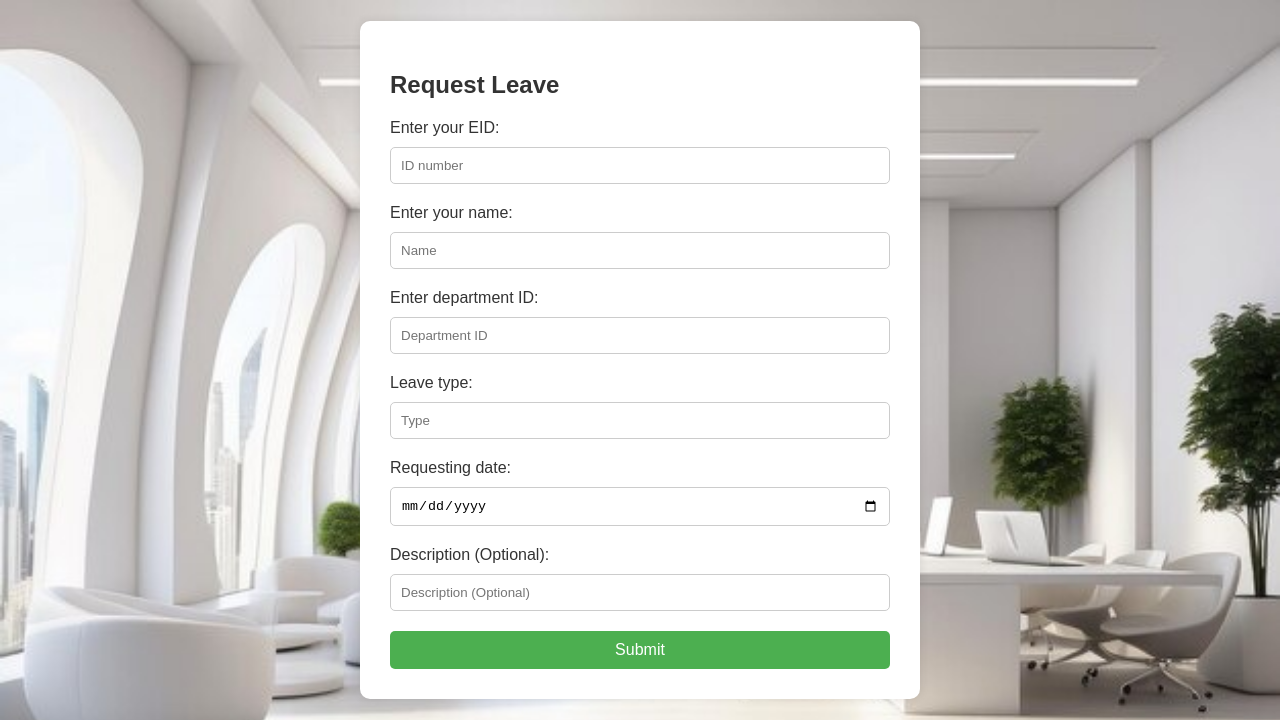
Repository: sakuuLay/StaffManagementSys
Page: http://localhost/test/LeaveRequest.jsp
These files come from the project's save history. The page is drawn as it stood at one moment and after the next save; the edit follows.
The browser window is 1280 px wide. The pictures show the whole page.
The page is served by Tomcat 9. Nobody is signed in. The application's start-up code is not run. Other server files are loaded and not shown.

Above is the page before, as saved 2024-10-20 09:53:29.

### test/src/main/webapp/LeaveRequest.jsp
<%@ page language="java" contentType="text/html; charset=UTF-8"
    pageEncoding="UTF-8"%>
<!DOCTYPE html>
<html>
<head>
<meta charset="UTF-8">
<title>RequestLeave</title>
    <meta charset="UTF-8">
    <meta name="viewport" content="width=device-width, initial-scale=1.0">

<style>
    body {
            background-image: url('imgs/whiteOffice.jpg');
            background-size: cover;
            background-attachment: fixed;
            font-family: Arial, sans-serif;
            display: flex;
            justify-content: center;
            align-items: center;
            height: 100vh;
            margin: 0;
        }
    .form-container {
        background: #fff;
        padding: 30px;
        border-radius: 10px;
        box-shadow: 0 0 10px rgba(0, 0, 0, 0.1);
        max-width: 500px;
        width: 100%;
    }
    .form-container h2 {
        margin-bottom: 20px;
        color: #333;
    }
    .form-container label {
        display: block;
        margin-bottom: 10px;
        color: #333;
    }
    .form-container input[type="text"],
    .form-container input[type="date"] {
        width: 100%;
        padding: 10px;
        margin-bottom: 20px;
        border: 1px solid #ccc;
        border-radius: 5px;
        box-sizing: border-box;
    }
    .form-container .error {
        color: red;
        display: none;
    }
    .form-container button {
        width: 100%;
        padding: 10px;
        border: none;
        border-radius: 5px;
        background-color: #4CAF50;
        color: white;
        font-size: 16px;
        cursor: pointer;
    }
    .form-container button:hover {
        background-color: #45a049;
    }
</style>
</head>


<body>
    <div class="form-container">
        <h2>Request Leave</h2>
        <form action="LeaveCtrlServlet" method="post">
            <label for="empintID">Enter your EID:</label>
            <input type="text" id="empintID" name="eid" placeholder="ID number" pattern="(100|[1-9]?[0-9])$" required>
            <span id="errorInt" class="error">Please enter a valid (integer) number.</span>

            <label for="empname">Enter your name:</label>
            <input type="text" id="empname" name="name" placeholder="Name" required>

            <label for="empdid">Enter department ID:</label>
            <input type="text" id="empdid" name="did" placeholder="Department ID" pattern="[A-Z]{2}\d{2}" required>
            <span id="errorDept" class="error">Department ID <i>ex</i> : 'SM01'</span>

            <label for="type">Leave type:</label>
            <input type="text" id="type" name="type" placeholder="Type" required>

            <label for="date">Requesting date:</label>
            <input type="date" id="date" name="date" required>

            <label for="des">Description (Optional):</label>
            <input type="text" id="des" name="des" placeholder="Description (Optional)">

            <button type="submit">Submit</button>
        </form>
    </div>
    <script>
        // Validate integer input
        document.getElementById('empintID').addEventListener('input', function (event) {
            var input = event.target;
            var errorMessage = document.getElementById('errorInt');
            if (input.validity.patternMismatch) {
                errorMessage.style.display = 'block';
            } else {
                errorMessage.style.display = 'none';
            }
        });

        // Validate department ID input
        document.getElementById('empdid').addEventListener('input', function (event) {
            var input = event.target;
            var errorMessage = document.getElementById('errorDept');
            if (input.validity.patternMismatch) {
                errorMessage.style.display = 'block';
            } else {
                errorMessage.style.display = 'none';
            }
        });


    </script>
</body>
</html>

After the next save:
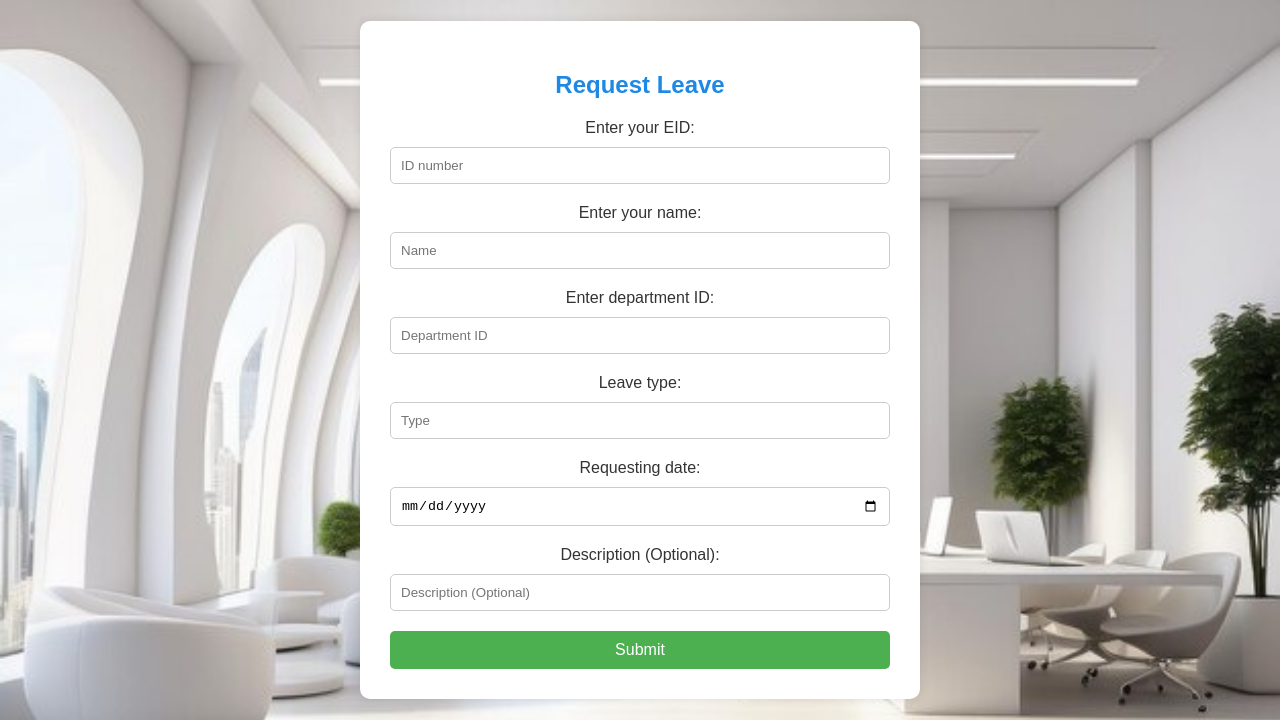
Saved 8 min 3 s later.
--- a/test/src/main/webapp/LeaveRequest.jsp
+++ b/test/src/main/webapp/LeaveRequest.jsp
@@ -20,17 +20,28 @@
             height: 100vh;
             margin: 0;
         }
+      .background-blur {
+            position: absolute;
+            top: 0;
+            left: 0;
+            right: 0;
+            bottom: 0;
+            background: inherit;
+            filter: blur(10px);
+            z-index: -1;
+        }
+
     .form-container {
-        background: #fff;
+        background-color: #ffffff;
         padding: 30px;
         border-radius: 10px;
         box-shadow: 0 0 10px rgba(0, 0, 0, 0.1);
         max-width: 500px;
         width: 100%;
+        text-align: center;
     }
     .form-container h2 {
-        margin-bottom: 20px;
-        color: #333;
+       color: #1e88e5;
     }
     .form-container label {
         display: block;
@@ -47,7 +58,7 @@
         box-sizing: border-box;
     }
     .form-container .error {
-        color: red;
+        color: orange;
         display: none;
     }
     .form-container button {
